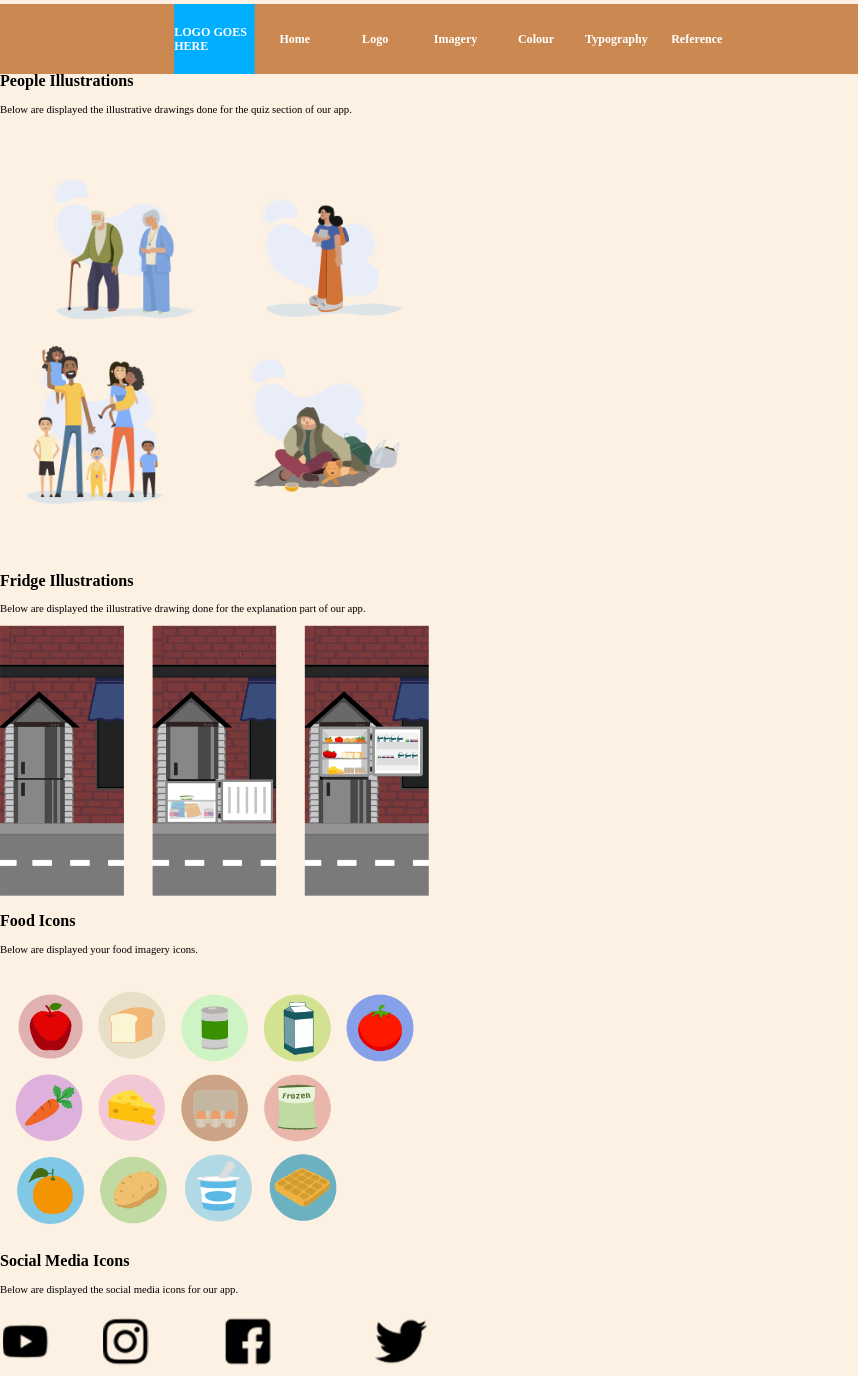
Repository: anagarango/fridgygostyle
Page: htmls/imagery.html
The author's editor kept a copy of each file at every save. The page is drawn from the files as they stood at one save, then again after the next save.
The browser window is 1280 px wide. The pictures show the whole page, at 67% of full size.

Above is the page before, as saved 2022-03-22 23:55:49.

After the next save:
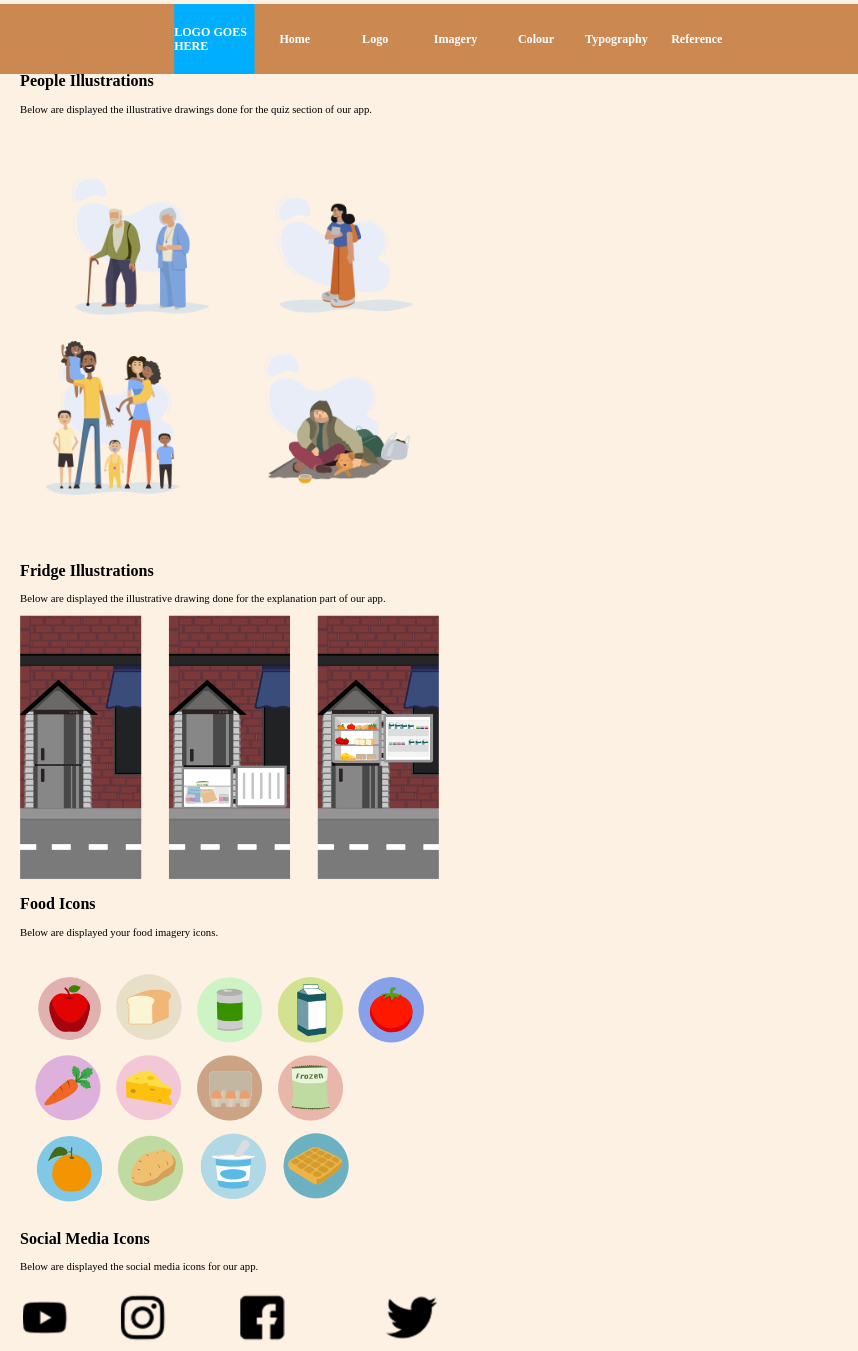
Saved 97 s later.
--- a/htmls/imagery.html
+++ b/htmls/imagery.html
@@ -57,6 +57,12 @@
         .imagery_section img{
             width: 50%;
         }
+        .imagery_section{
+            /* padding: 10% 5%;
+            width: 86vw; */
+            padding-left: 30px;
+            height: fit-content;
+        }
 
 
     </style>
